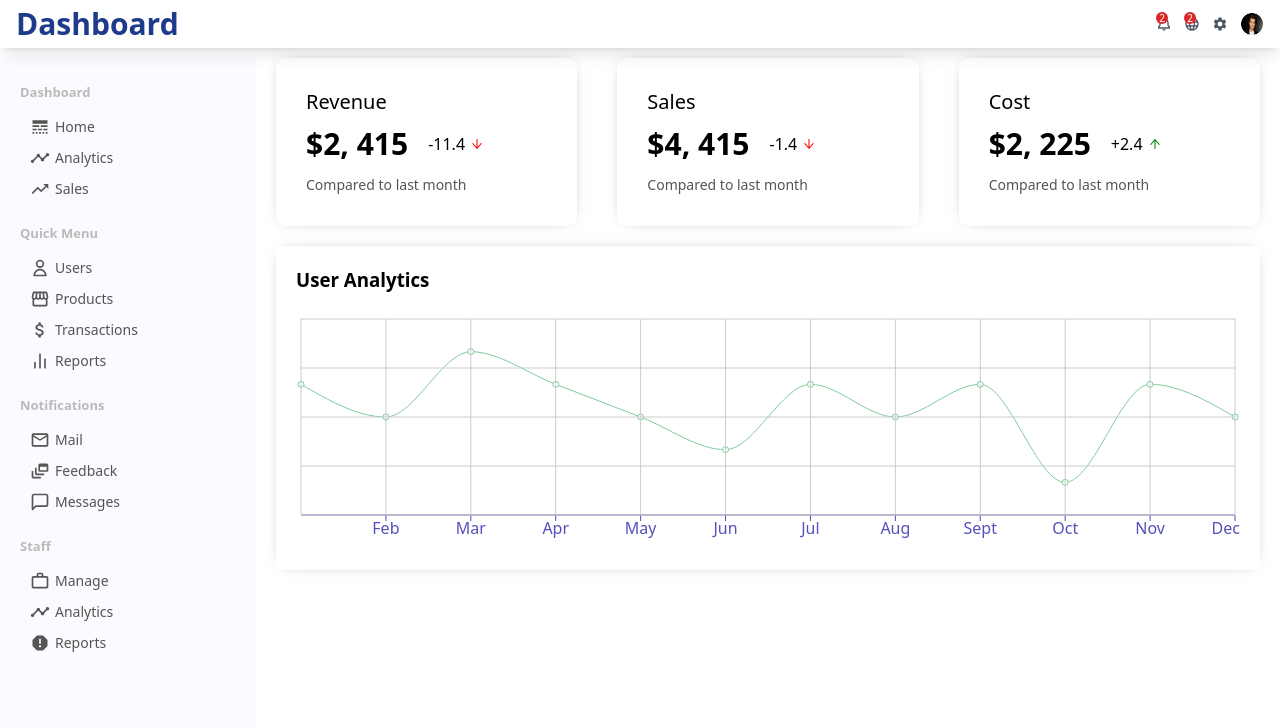
Repository: nation430/React-AdminDashboard
Page: /
The author's editor kept a copy of each file at every save. The page is drawn from the files as they stood at one save, then again after the next save.
The browser window is 1280 px wide. The pictures show the whole page.
The project was rebuilt for these pictures with package versions that can differ from the ones it lists, and the page was loaded fresh each time.

Above is the page before, as saved 2022-08-18 16:10:03.

### public/index.html
<!DOCTYPE html>
<html lang="en">
  <head>
    <meta charset="utf-8" />
    <meta name="viewport" content="width=device-width, initial-scale=1" />
    <meta name="theme-color" content="#000000" />
    <meta
      name="description"
      content="Web site created using create-react-app"
    />
    <link rel="preconnect" href="https://fonts.googleapis.com" />
    <link rel="preconnect" href="https://fonts.gstatic.com" crossorigin />
    <link
      href="https://fonts.googleapis.com/css2?family=Source+Sans+Pro:wght@200;300;400;600;700&display=swap"
      rel="stylesheet"
    />

    <title>React Admin Dashboard</title>
  </head>
  <body>
    <noscript>You need to enable JavaScript to run this app.</noscript>
    <div id="root"></div>
  </body>
</html>

### src/index.css
@tailwind base;
h1 {
  @apply text-2xl;
}
h2 {
  @apply text-xl;
}
h3 {
  @apply text-lg;
}
@tailwind components;
@tailwind utilities;

* {
  margin: 0;
  padding:0;
  box-sizing: border-box;

}

### src/App.js
import Topbar from "./components/topbar/Topbar";
import Sidebar from "./components/sidebar/Sidebar";
import Home from "./pages/home/Home";
import "./app.css";

function App() {
  return (
    <div>
      <Topbar />
      <div className="wrapper flex h-full">
        <Sidebar />
        <Home />
      </div>
    </div>
  );
}

export default App;

### src/components/topbar/Topbar.jsx
import React from "react";
import  "./topbar.css";
import { BiBell } from 'react-icons/bi';
import { MdLanguage, MdSettings  } from "react-icons/md";


export default function Topbar () {
    return(
        <div className="topbar w-full h-12 bg-white sticky top-0 z-50 shadow-lg ">
            <div className="topbarWeapper flex items-center justify-between h-full px-4 py-0">
            <div className="topLeft">
                <span className="logo font-bold text-3xl text-blue-900 cursor-pointer ...">Dashboard</span>
            </div>
            <div className="topRight flex items-center">

                {/* First icon  */}
                <div className="topbarIconsContainer relative cursor-pointer ... ml-3 text-gray-600">
                <BiBell />
                <span className="topIconBadge absolute text-white bg-red-600 right-1 -top-1 flex items-center justify-center rounded-full text-xs h-3 w-3">2</span>
                </div>

                   {/*second icon  */}
                <div className="topbarIconsContainer relative cursor-pointer ... ml-3 text-gray-600">
                <MdLanguage />
                <span className="topIconBadge absolute text-white bg-red-600 right-1 -top-1 flex items-center justify-center rounded-full text-xs h-3 w-3">2</span>
                </div>


                    {/*third icon  */}
                <div className="topbarIconsContainer relative cursor-pointer ... mx-3 text-gray-600">
                < MdSettings  />
                </div>

                <img src="images/img.png" alt="BigCo Inc. logo"  className="topAvater w-6 h-6 rounded-full cursor-pointer ..."/>

            </div>
            </div>
        </div>
    )

}

### src/components/sidebar/Sidebar.jsx
import "./sidebar.css";
import { MdLineStyle, MdOutlineTimeline, MdTrendingUp, MdStorefront, MdAttachMoney, MdOutlineMail, MdDynamicFeed, MdWorkOutline, MdReport} from "react-icons/md";
import { HiOutlineUser} from "react-icons/hi";
import { FiBarChart2, FiMessageSquare} from "react-icons/fi";

export default function sidebar(){
    return(
        <div className="sidebar sticky">
        <div className="sidebarWrapper p-5">
            {/* first sidenavbar */}
            <div className="sidebarMenu mb-2.5">
                <h3 className="sidebarTitle">Dashboard</h3>
                <ul className="sidebarList px-4 py-0">
                    <li className="sidebarListItems flex items-center">
                    <MdLineStyle className="sidebarIcon"/>
                    Home
                    </li>

                    <li className="sidebarListItems flex items-center">
                    <MdOutlineTimeline className="sidebarIcon" />
                    Analytics
                    </li>


                    <li className="sidebarListItems flex items-center">
                    <MdTrendingUp className="sidebarIcon" />
                   Sales
                    </li>
                </ul>
            </div>

            {/* second sidenavbar */}
            <div className="sidebarMenu mb-2.5">
                <h3 className="sidebarTitle">Quick Menu</h3>
                <ul className="sidebarList px-4 py-1">
                    <li className="sidebarListItems flex items-center">
                    <HiOutlineUser className="sidebarIcon" />
                    Users
                    </li>

                    <li className="sidebarListItems flex  items-center" >
                    <MdStorefront className="sidebarIcon" />
                    Products
                    </li>

                    <li className="sidebarListItems flex items-center">
                    <MdAttachMoney className="sidebarIcon" />
                   Transactions
                    </li>


                    <li className="sidebarListItems flex items-center">
                    <FiBarChart2 className="sidebarIcon" />
                   Reports
                    </li>
                </ul>
            </div>

                {/* third sidenavbar */}
                <div className="sidebarMenu mb-2.5">
                <h3 className="sidebarTitle">Notifications</h3>
                <ul className="sidebarList px-4 py-1">
                    <li className="sidebarListItems flex items-center">
                    <MdOutlineMail className="sidebarIcon" />
                    Mail
                    </li>

                    <li className="sidebarListItems flex  items-center" >
                    <MdDynamicFeed className="sidebarIcon" />
                    Feedback
                    </li>

                    <li className="sidebarListItems flex items-center">
                    <FiMessageSquare className="sidebarIcon" />
                   Messages
                    </li>
                </ul>
            </div>

                {/* fourth sidenavbar */}
                <div className="sidebarMenu mb-2.5">
                <h3 className="sidebarTitle">Staff</h3>
                <ul className="sidebarList px-4 py-1">
                    <li className="sidebarListItems flex items-center">
                    <MdWorkOutline className="sidebarIcon" />
                    Manage
                    </li>

                    <li className="sidebarListItems flex  items-center" >
                    <MdOutlineTimeline className="sidebarIcon" />
                    Analytics
                    </li>

                    <li className="sidebarListItems flex items-center">
                    <MdReport className="sidebarIcon" />
                   Reports
                    </li>
                </ul>
            </div>
        </div>
        </div>
    )
}

### src/pages/home/Home.jsx
import "./home.css"
import FeaturedInfo from "../../featuredInfo/featuredInfo"
import Chart from "../../chart/Chart"

export default function Home(){
    return (
        <div className="home">
            <FeaturedInfo/>
            <Chart/>
        </div>
    )
}

### src/app.css

* {
    margin: 0;
    padding:0;
    box-sizing: border-box;

}


h1{
    font-size: 2em ;
    font-weight: bolder;
}

h2{
    font-size: 1.5em ;
    font-weight: bolder;
}

h3{
    font-size: 1.17em ;
    font-weight: bolder;
}

.wrapper{
    margin-top:10px;
}

### src/components/topbar/topbar.css
.text-xs{
    font-size: 10px;
  }

### src/components/sidebar/sidebar.css
.sidebar{
    flex: 1;
    height: calc(100vh - 50px);
    top:50px;
    background:rgb(251, 251, 255);
}

.sidebarWrapper{
    color: #555;
}

.sidebarTitle{
    font-size: 13px;
    color:rgb(187, 186, 186);
}

.sidebarList{
    padding:5px;
    font-size: 14px;;
}


.sidebarListItems {
    padding:5px;
    cursor: pointer;
    border-radius: 10px;
}

.sidebarListItems.active,
.sidebarListItems:hover{
    background:rgb(228, 228, 250);
}

.sidebarIcon{
    margin-right:5px;
    font-size:20px;
}

### src/pages/home/home.css
.home {
    flex:4;

}

### src/featuredInfo/featuredInfo.jsx
import "./featuredInfo.css"
import { AiOutlineArrowDown, AiOutlineArrowUp} from "react-icons/ai";

export default function fearturedInfo(){
    return (
        <div className="featured w-full flex justify-between">
            {/* first feature */}
            <div className="featuredItem">
                <span className="featuredTitle text-xl">Revenue</span>
                <div className="featuredMoneyContainer flex ">
                    <span className="featuredMoney font-semibold text-3xl">$2, 415</span>
                    <span className="featuredMonetRate flex items-center">-11.4
                    <AiOutlineArrowDown className="featuredIcon negative"/>
                    </span>
                </div>
                <span className="featuredSub">Compared to last month</span>
            </div>

            {/* second feature */}
              <div className="featuredItem">
                <span className="featuredTitle text-xl">Sales</span>
                <div className="featuredMoneyContainer flex">
                    <span className="featuredMoney font-semibold text-3xl">$4, 415</span>
                    <span className="featuredMonetRate flex items-center">-1.4
                    <AiOutlineArrowDown className="featuredIcon negative"/>
                    </span>
                </div>
                <span className="featuredSub">Compared to last month</span>
            </div>

            {/* third feature */}
            <div className="featuredItem">
                <span className="featuredTitle text-xl">Cost</span>
                <div className="featuredMoneyContainer flex">
                    <span className="featuredMoney font-semibold text-3xl">$2, 225</span>
                    <span className="featuredMonetRate flex items-center">+2.4
                    <AiOutlineArrowUp className="featuredIcon"/>
                    </span>
                </div>
                <span className="featuredSub">Compared to last month</span>
            </div>
        </div>
    )
}

### src/chart/Chart.jsx
import "./chart.css"
import { LineChart, Line, XAxis, YAxis, CartesianGrid, Tooltip, Legend, ResponsiveContainer } from 'recharts';

export default function Chart(){

    const data = [
        {
          name: 'Jan',
          "Active User": 4000,

        },
        {
          name: 'Feb',
          "Active User": 3000,
        },
        {
          name: 'Mar',
          "Active User": 5000,
        },
        {
          name: 'Apr',
          "Active User": 4000,
        },
        {
          name: 'May',
          "Active User": 3000,
        },
        {
          name: 'Jun',
          "Active User": 2000,
        },
        {
          name: 'Jul',
          "Active User": 4000,
        },
        {
            name: 'Aug',
            "Active User": 3000,
          },
          {
            name: 'Sept',
            "Active User": 4000,
          },
          {
            name: 'Oct',
            "Active User": 1000,
          },
          {
            name: 'Nov',
            "Active User": 4000,
          },
          {
            name: 'Dec',
            "Active User": 3000,
          },
      ];



    return(
        <div className="chart p-5 m-5">
            <h3 className="chartfile mb-5">User Analytics</h3>
            <ResponsiveContainer width="100%" aspect={4 / 1}>
        <LineChart data={data}>
          <XAxis dataKey="name" stroke="#5550bd" />
          <Line type="monotone" dataKey="Active User" stroke="#82ca9d" />
          <Tooltip />
          <CartesianGrid />
        </LineChart>
      </ResponsiveContainer>
        </div>
    )
}

### src/featuredInfo/featuredInfo.css
.featuredItem{
    flex: 1;
    margin:0px 20px;
    padding:30px;
    border-radius: 10px;
    cursor: pointer;
    box-shadow: 0px 0px 15px -10px rgba(0,0,0,0.75);
-webkit-box-shadow:0px 0px 15px -10px rgba(0,0,0,0.75);
-moz-box-shadow: 0px 0px 15px -10px rgba(0,0,0,0.75);
}

.featuredMoneyContainer{
    margin:10px 0px;
}

.featuredMonetRate{
    margin-left: 20px;

}

.featuredIcon{
    font-size: 14px;
    margin-left:5px;
    color:green;
}

.featuredIcon.negative{
    color:red;
}


.featuredSub{
    font-size: 14px;
    color:#555;
}

### src/chart/chart.css
.chart{
    box-shadow: 0px 0px 15px -10px rgba(0,0,0,0.75);
    -webkit-box-shadow:0px 0px 15px -10px rgba(0,0,0,0.75);
    -moz-box-shadow: 0px 0px 15px -10px rgba(0,0,0,0.75);
}

Loaded but not shown: src/index.js (common file); tailwind.config.js (common file)

After the next save:
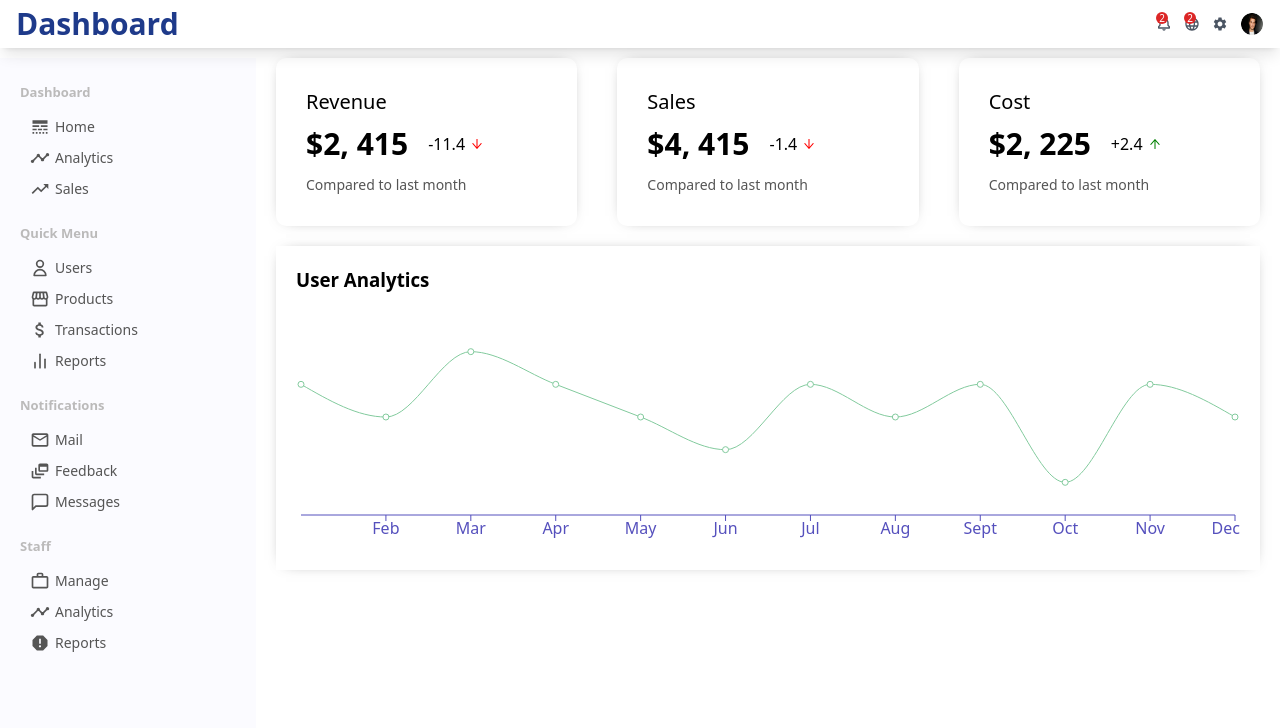
Saved 107 s later.
--- a/src/chart/Chart.jsx
+++ b/src/chart/Chart.jsx
@@ -65,7 +65,7 @@ export default function Chart(){
           <XAxis dataKey="name" stroke="#5550bd" />
           <Line type="monotone" dataKey="Active User" stroke="#82ca9d" />
           <Tooltip />
-          <CartesianGrid />
+          <CartesianGrid strokeDasharray="5 5" stroke="#eodfdf" />
         </LineChart>
       </ResponsiveContainer>
         </div>
